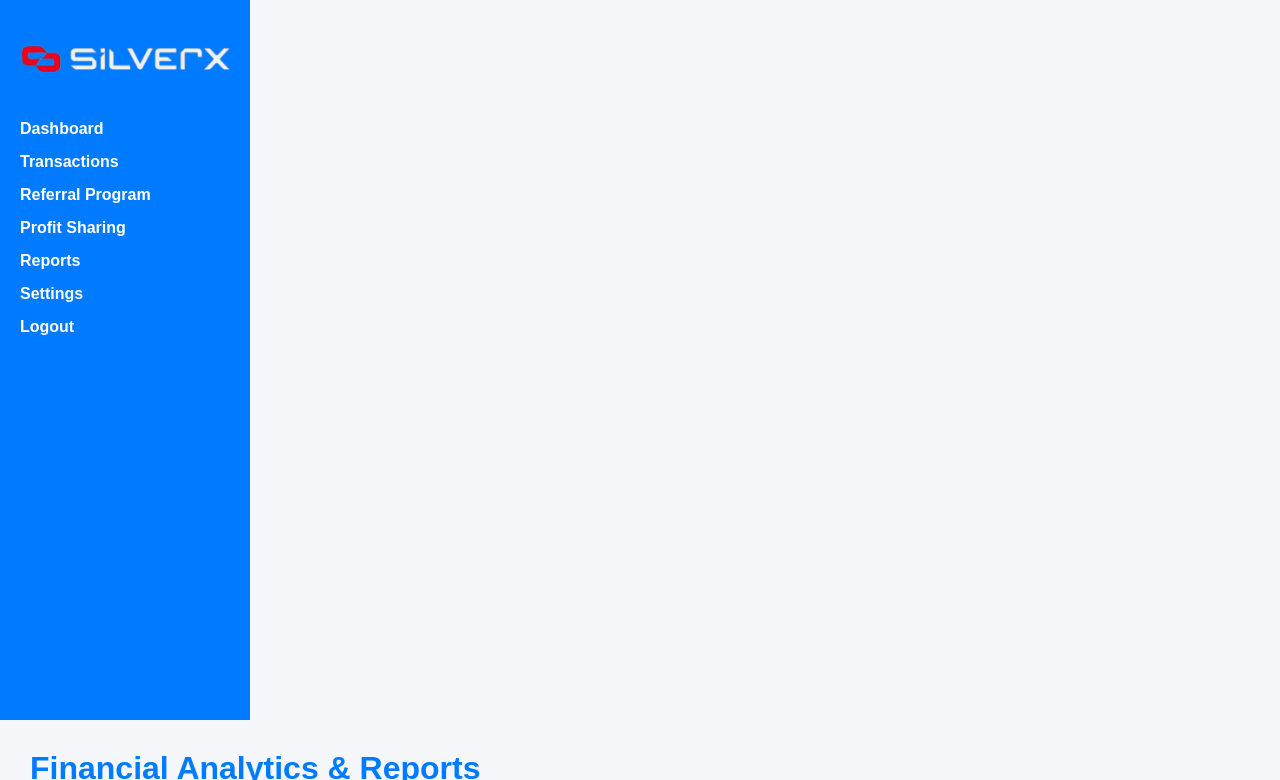
Repository: 2025silverx/slivedrX
Page: index6.html
An editor plug-in stored every save of this project. The page is shown before and after the next save, followed by the edit.
The browser window is 1280 px wide. The pictures show the whole page.

Above is the page before, as saved 2025-01-05 00:56:58.

### index6.html
<!DOCTYPE html>
<html lang="en">
<head>
    <meta charset="UTF-8">
    <meta name="viewport" content="width=device-width, initial-scale=1.0">
    <title>Financial Analytics & Reports</title>
    <link rel="stylesheet" href="style6.css">
    <script src="https://cdn.jsdelivr.net/npm/chart.js"></script>
</head>
<div id="sidebar-container">
    <div class="sidebar">
        <img src="images/logo.png" alt="Sidebar Logo" class="sidebar-logo">
        <ul class="sidebar-links">
            <li><a href="index.html" class="sidebar-link" data-target="dashboard">Dashboard</a></li>
            <li><a href="index2.html" class="sidebar-link" data-target="transactions">Transactions</a></li>
            <li><a href="indesx3.html" class="sidebar-link" data-target="reports">Referral Program</a></li>
            <li><a href="index4.html" class="sidebar-link" data-target="users">Profit Sharing</a></li>
            <li><a href="index5.html" class="sidebar-link" data-target="reports">Reports</a></li>
            <li><a href="setting.html" class="sidebar-link" data-target="settings">Settings</a></li>
            <li><a href="index5.html" class="sidebar-link" data-target="logout">Logout</a></li>
        </ul>
    </div>
</div>

    <div class="main-content">
        <h1>Financial Analytics & Reports</h1>

        <!-- KPIs Section -->
        <div class="kpi-section">
            <div class="kpi-card">
                <h3>Total Funds</h3>
                <p>$2,500,000</p>
            </div>
            <div class="kpi-card">
                <h3>Active Users</h3>
                <p>1,200</p>
            </div>
            <div class="kpi-card">
                <h3>Profits</h3>
                <p>$500,000</p>
            </div>
            <div class="kpi-card">
                <h3>Transaction Volume</h3>
                <p>$1,000,000</p>
            </div>
        </div>

        <!-- Data Trends Section -->
        <div class="charts-section">
            <div class="chart-container">
                <h2>Revenue Growth (Last 12 Months)</h2>
                <canvas id="revenueGrowthChart"></canvas>
            </div>
            <div class="chart-container">
                <h2>Transaction Trends (Last 12 Months)</h2>
                <canvas id="transactionTrendsChart"></canvas>
            </div>
        </div>
    </div>

    <script src="script6.js"></script>
</body>
</html>

### style6.css
/* Reset some default styles */
* {
    margin: 0;
    padding: 0;
    box-sizing: border-box;
}

/* Body and container styles */
body {
    font-family: Arial, sans-serif;
    display: flex;
    height: 100vh;
    background-color: #f5f7fa;
    flex-direction: column;
}

/* Header styles */
.header {
    display: flex;
    justify-content: space-between;
    background-color: #007bff;
    color: white;
    padding: 15px 30px;
    align-items: center;
}

.header-left h2 {
    margin: 0;
}

.header-right .search-bar {
    padding: 8px;
    font-size: 14px;
    border-radius: 5px;
}

/* Sidebar styles */
.sidebar {
    width: 250px;
    background-color: #007bff;
    color: white;
    padding: 20px;
    display: flex;
    flex-direction: column;
    position: sticky;
    top: 0;
    height: 100vh;
}

.sidebar h2 {
    margin-bottom: 20px;
    text-align: center;
}

.sidebar-links {
    list-style: none;
    margin-top: 30px;
}

.sidebar-links li {
    margin-bottom: 15px;
}

.sidebar-links a {
    text-decoration: none;
    color: white;
    font-weight: bold;
}

.sidebar-links a:hover {
    color: #f0f0f0;
}

/* Main content area */
.main-content {
    flex: 1;
    padding: 30px;
    overflow-y: auto;
}

h1 {
    color: #007bff;
    margin-bottom: 20px;
}

/* Settings section styles */
.settings-section {
    background-color: white;
    padding: 20px;
    border-radius: 10px;
    box-shadow: 0 4px 8px rgba(0, 0, 0, 0.1);
    margin-bottom: 30px;
}

.settings-section h2 {
    color: #007bff;
    margin-bottom: 15px;
}

.settings-form {
    display: flex;
    flex-direction: column;
    gap: 20px;
}

.form-group {
    display: flex;
    flex-direction: column;
    gap: 8px;
}

label {
    font-size: 14px;
    color: #555;
}

input {
    padding: 10px;
    font-size: 14px;
    border: 1px solid #ccc;
    border-radius: 5px;
    width: 100%;
}

input[type="checkbox"] {
    width: auto;
}

button.btn {
    background-color: #007bff;
    color: white;
    padding: 12px;
    border: none;
    border-radius: 5px;
    cursor: pointer;
    font-size: 16px;
}

button.btn:hover {
    background-color: #0056b3;
}

/* Responsive Styles */
@media (max-width: 768px) {
    .sidebar {
        width: 200px;
    }

    .main-content {
        padding: 20px;
    }
}

### script6.js
// Data for the charts
const revenueData = {
    labels: ['Jan', 'Feb', 'Mar', 'Apr', 'May', 'Jun', 'Jul', 'Aug', 'Sep', 'Oct', 'Nov', 'Dec'],
    datasets: [{
        label: 'Revenue Growth',
        data: [100000, 120000, 130000, 150000, 160000, 180000, 200000, 210000, 230000, 240000, 250000, 270000],
        backgroundColor: 'rgba(0, 123, 255, 0.6)', // Blue for revenue
        borderColor: 'rgba(0, 123, 255, 1)',
        borderWidth: 1
    }]
};

const transactionData = {
    labels: ['Jan', 'Feb', 'Mar', 'Apr', 'May', 'Jun', 'Jul', 'Aug', 'Sep', 'Oct', 'Nov', 'Dec'],
    datasets: [{
        label: 'Transaction Volume',
        data: [80000, 100000, 120000, 130000, 150000, 170000, 180000, 190000, 210000, 220000, 240000, 250000],
        backgroundColor: 'rgba(255, 99, 132, 0.6)', // Red for transaction volume
        borderColor: 'rgba(255, 99, 132, 1)',
        borderWidth: 1
    }]
};

// Chart.js configuration for revenue growth
const revenueGrowthCtx = document.getElementById('revenueGrowthChart').getContext('2d');
const revenueGrowthChart = new Chart(revenueGrowthCtx, {
    type: 'bar',
    data: revenueData,
    options: {
        responsive: true,
        scales: {
            y: {
                beginAtZero: true,
                ticks: {
                    callback: function(value) {
                        return '$' + value.toLocaleString(); // Format y-axis as currency
                    }
                }
            },
            x: {
                grid: {
                    display: false
                }
            }
        },
        plugins: {
            tooltip: {
                callbacks: {
                    label: function(tooltipItem) {
                        return '$' + tooltipItem.raw.toLocaleString();
                    }
                }
            }
        }
    }
});

// Chart.js configuration for transaction trends
const transactionTrendsCtx = document.getElementById('transactionTrendsChart').getContext('2d');
const transactionTrendsChart = new Chart(transactionTrendsCtx, {
    type: 'line',
    data: transactionData,
    options: {
        responsive: true,
        scales: {
            y: {
                beginAtZero: true,
                ticks: {
                    callback: function(value) {
                        return '$' + value.toLocaleString(); // Format y-axis as currency
                    }
                }
            },
            x: {
                grid: {
                    display: false
                }
            }
        },
        plugins: {
            tooltip: {
                callbacks: {
                    label: function(tooltipItem) {
                        return '$' + tooltipItem.raw.toLocaleString();
                    }
                }
            }
        }
    }
});

After the next save:
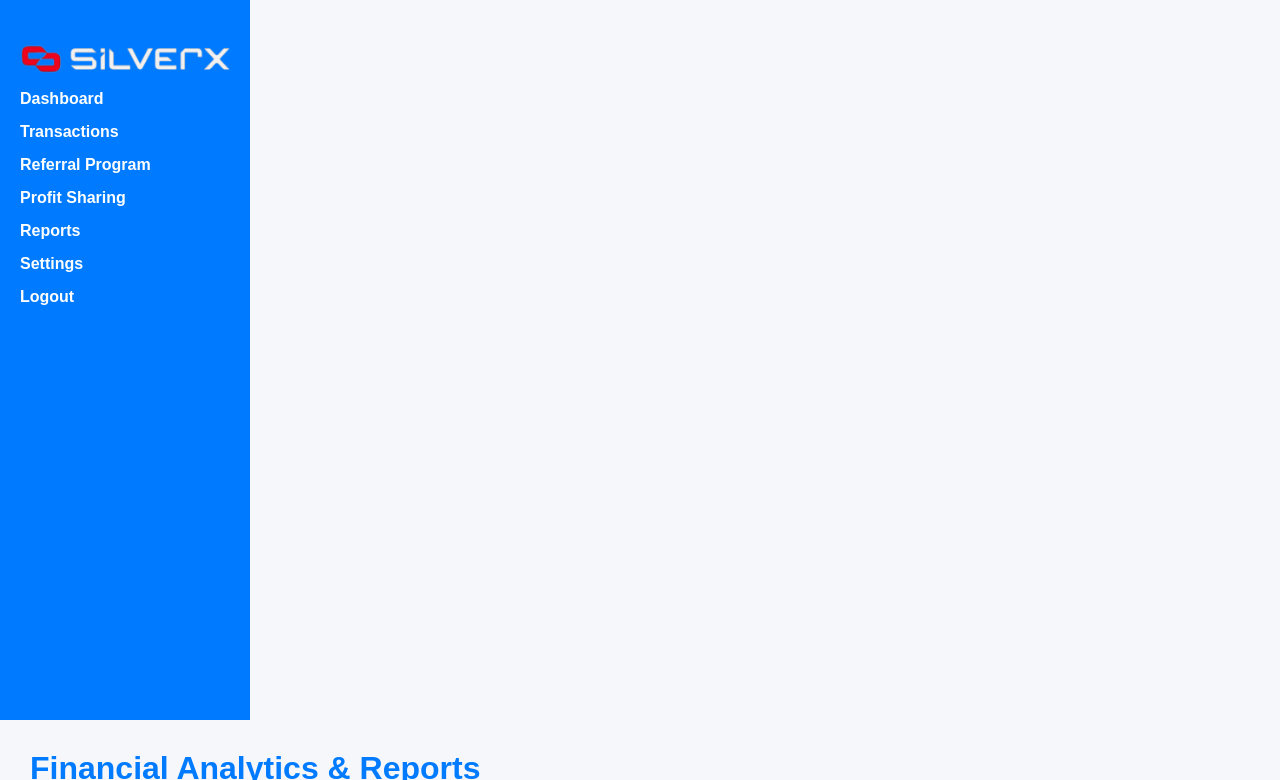
Saved 13 s later.
--- a/style6.css
+++ b/style6.css
@@ -34,7 +34,6 @@ body {
     border-radius: 5px;
 }
 
-/* Sidebar styles */
 .sidebar {
     width: 250px;
     background-color: #007bff;
@@ -45,16 +44,19 @@ body {
     position: sticky;
     top: 0;
     height: 100vh;
+    /* Remove any margin or padding at the side */
+    margin-right: 0;
 }
 
+/* Sidebar heading */
 .sidebar h2 {
     margin-bottom: 20px;
     text-align: center;
 }
 
+/* Sidebar links */
 .sidebar-links {
     list-style: none;
-    margin-top: 30px;
 }
 
 .sidebar-links li {
